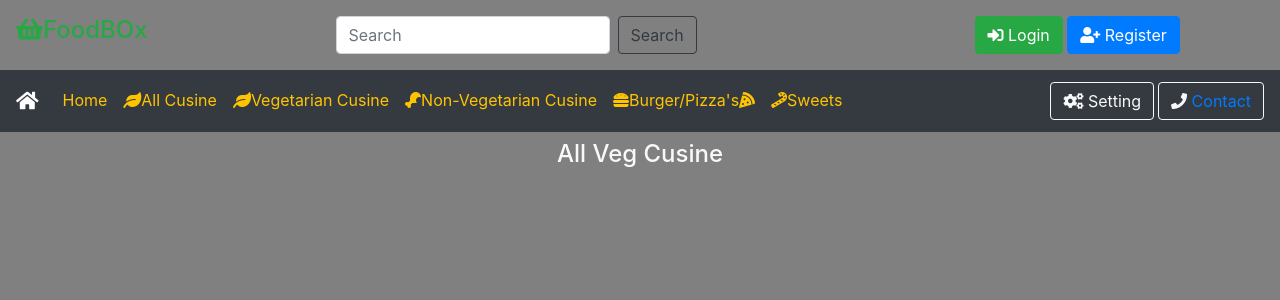
Repository: debjaniprofessional32/Capstone-Final-FoodBox-Delivery-Project
Page: http://localhost/OnlinFoodBOX/search.jsp
The author's editor kept a copy of each file at every save. The page is drawn from the files as they stood at one save, then again after the next save.
The browser window is 1280 px wide. The pictures show the whole page.
Some web libraries are served in a nearby version. The page is served by Tomcat 9. Other server files are loaded and not shown. Queries for data that is not in the repository find no rows.

Above is the page before, as saved 2022-12-25 18:05:42.

### OnlinFoodBOX/src/main/webapp/search.jsp
<%@page import="com.uentity.User"%>
<%@ page language="java" contentType="text/html; charset=ISO-8859-1"
    pageEncoding="ISO-8859-1"%>
    <%@ page import="javax.servlet.*" %>
<%@ page import="javax.servlet.http.*" %>
<%@ page import="java.sql.*" %>
<%@ page  import="com.DB.DBConnect" %>
<%@ page import="com.uDAO.CusineDao" %>
  <%@ page import="com.uDAO.CusineImpDao" %>
  <%@ page import="com.uDAO.CartDao" %>
  <%@ page import="com.uDAO.CartImpDao" %>
   <%@ page import="com.uentity.CusineList" %>
  <%@ page import = "java.io.*" %>
 <%@ page import = "java.util.*"%>
 <%@ taglib prefix="c" uri="http://java.sun.com/jsp/jstl/core" %>
 <%@ page isELIgnored = "false" %>
<!DOCTYPE html>
<html>
<head>
<meta charset="ISO-8859-1">
<title>All Veg Cusine</title>
<%@include file="all_Component/allCss.jsp"%>
<link rel="stylesheet" href="all_Component/style.css">
<style type="text/css">
.crd-ho:hover {
	background-color: #EEFAFA;
}
/* toast */
#toast {
	min-width: 300px;
	position: fixed;
	bottom: 30px;
	left: 50%;
	margin-left: -125px;
	background: #333;
	padding: 10px;
	color: white;
	text-align: center;
	z-index: 1;
	font-size: 18px;
	visibility: hidden;
	box-shadow: 0px 0px 100px #000;
}

#toast.display {
	visibility: visible;
	animation: fadeIn 0.5, fadeOut 0.5s 2.5s;
}

@keyframes fadeIn {from { bottom:0;
	opacity: 0;
}

to {
	bottom: 30px;
	opacity: 1;
}

}
@keyframes fadeOut {form { bottom:30px;
	opacity: 1;
}

to {
	bottom: 0;
	opacity: 0;
}
}

/* toast */

</style>
</head>
<body>
<%
	User u=(User)session.getAttribute("userobj");
	%>
<c:if test="${not empty addCart}">
<div id="toast">${addCart}</div>

<script type="text/javascript">
		showToast();
		function showToast(content)
		{
		    $('#toast').addClass("display");
		    $('#toast').html(content);
		    setTimeout(()=>{
		        $("#toast").removeClass("display");
		    },2000)
		}
</script>

<c:remove var="addCart" scope="session"/>
</c:if>
<%@include file="all_Component/navbar.jsp"%>
<H4 class="text-center text-light p-2">All Veg Cusine</H4>


<div class="container-fluid">
<div class="row">

 <%                String ch1=request.getParameter("ch");
					CusineImpDao dao=new CusineImpDao(DBConnect.getConn());
					List<CusineList> list=dao.getCusinebySearch(ch1);
					for(CusineList c:list){%>

						<div class="cols-md-3 mx-5 px-4 py-4">

						<div class="card ">
							<div class="card-body text-center crd-ho">
								<img src="food/<%=c.getPhotoname() %>" alt=""
									style="width: 150px; height: 200px;" class="img-thumbnail">
								<p>Name:&nbsp;<%=c.getFname() %></p>
								<p>Cusine:&nbsp;<%=c.getDescription() %></P>
								<p>Description:&nbsp;<%=c.getCategory() %></P>
								<div class="row">
								   <% if(u==null){%>
									<a href="login.jsp" class="btn btn-success btn sm ml-1"><i class='fa fa-shopping-cart'></i></a>
								<%}else
								{%>
									<a href="cart?fid=<%=c.getFid() %>&&uid=<%=u.getId() %>" class="btn btn-success btn sm ml-1"><i class='fa fa-shopping-cart'></i></a>

								<%}
									%>

									<a	href="view.jsp?fid=<%=c.getFid()%>" class="btn btn-info btn sm ml-1">View Detail</a>
									<a	href="" class="btn btn-success btn sm ml-1"><i class="fas fa-rupee-sign">&nbsp;<%=c.getFinalprice() %></i></a>
								</div>
								</div>
							</div>
						</div>
						<%
					}

					%>



</div>

</div>





</body>
</html>

### OnlinFoodBOX/src/main/webapp/all_Component/allCss.jsp
<link rel="stylesheet"
	href="https://cdn.jsdelivr.net/npm/bootstrap@4.0.0/dist/css/bootstrap.min.css"
	integrity="sha384-Gn5384xqQ1aoWXA+058RXPxPg6fy4IWvTNh0E263XmFcJlSAwiGgFAW/dAiS6JXm"
	crossorigin="anonymous">
<script src="https://code.jquery.com/jquery-3.2.1.slim.min.js"
	integrity="sha384-KJ3o2DKtIkvYIK3UENzmM7KCkRr/rE9/Qpg6aAZGJwFDMVNA/GpGFF93hXpG5KkN"
	crossorigin="anonymous"></script>
<script
	src="https://cdn.jsdelivr.net/npm/popper.js@1.12.9/dist/umd/popper.min.js"
	integrity="sha384-ApNbgh9B+Y1QKtv3Rn7W3mgPxhU9K/ScQsAP7hUibX39j7fakFPskvXusvfa0b4Q"
	crossorigin="anonymous"></script>
<script
	src="https://cdn.jsdelivr.net/npm/bootstrap@4.0.0/dist/js/bootstrap.min.js"
	integrity="sha384-JZR6Spejh4U02d8jOt6vLEHfe/JQGiRRSQQxSfFWpi1MquVdAyjUar5+76PVCmYl"
	crossorigin="anonymous"></script>
<link rel="stylesheet"
	href="https://cdnjs.cloudflare.com/ajax/libs/font-awesome/5.15.3/css/all.min.css"
	integrity="sha512-iBBXm8fW90+nuLcSKlbmrPcLa0OT92xO1BIsZ+ywDWZCvqsWgccV3gFoRBv0z+8dLJgyAHIhR35VZc2oM/gI1w=="
	crossorigin="anonymous" referrerpolicy="no-referrer" />

### OnlinFoodBOX/src/main/webapp/all_Component/navbar.jsp
 <%@ taglib prefix="c" uri="http://java.sun.com/jsp/jstl/core" %>
 <%@ page isELIgnored = "false" %>
 <style type="text/css">
 .navbar {
     background: #000000
 }

 .nav-item::after {
     content: '';
     display: block;
     width: 0px;
     height: 2px;
     background: #fec400;
     transition: 0.4s
 }

 .nav-item:hover::after {
     width: 100%
 }

 .navbar-dark .navbar-nav .active>.nav-link,
 .navbar-dark .navbar-nav .nav-link.active,
 .navbar-dark .navbar-nav .nav-link.show,
 .navbar-dark .navbar-nav .show>.nav-link,
 .navbar-dark .navbar-nav .nav-link:focus,
 .navbar-dark .navbar-nav .nav-link:hover {
     color: #fec400
 }

 .nav-link {
     padding: 10px 5px;
     transition: 0.2s
 }

 body{
     background-color:grey;
 }
</style>
<div class="container-fluid p-3">
	<div class="row">

		<div class="col-md-3 text-success">

<h4><i class='fa fa-shopping-basket'></i>FoodBOx</h4>
		</div>

		<div class="col-md-6">
			<form class="form-inline my-2 my-lg-0" action ="search.jsp">
				<input class="form-control mr-sm-2" type="search" name="ch" placeholder="Search" aria-label="Search">
				<button class="btn btn-outline-dark my-2 my-sm-0" type="submit">Search</button>
			</form>
		</div>
		<c:if test="${not empty userobj}">
		<div class="col-md-3">
		    <a href="checkout.jsp" class="mt-6"><i class='fas fa-cart-plus fa-2x '></i></a>
			<a href="login.jsp" class="btn btn-success"><i class='fas fa-user-plus'></i>&nbsp;${userobj.name}</a>
			<a href="logout" class="btn btn-primary "><i class='fas fa-sign-in-alt'></i>&nbsp;Logout</a>
		</div>

		</c:if>
		<c:if test="${empty userobj}">
		<div class="col-md-3">
			<a href="login.jsp" class="btn btn-success"><i class='fas fa-sign-in-alt'></i>&nbsp;Login</a>
			<a href="rejister.jsp" class="btn btn-primary "><i class='fas fa-user-plus'></i>&nbsp;Register</a>
		</div>

		</c:if>

	</div>



</div>


<nav class="navbar navbar-expand-lg navbar-dark bg-dark">
  <a class="navbar-brand " href="#"><i class="fas fa-home"></i></a>
  <button class="navbar-toggler" type="button" data-toggle="collapse" data-target="#navbarSupportedContent" aria-controls="navbarSupportedContent" aria-expanded="false" aria-label="Toggle navigation">
    <span class="navbar-toggler-icon"></span>
  </button>

  <div class="collapse navbar-collapse" id="navbarSupportedContent">
    <ul class="navbar-nav mr-auto">
      <li class="nav-item active "><a class="nav-link " href="index.jsp">Home <span class="sr-only">(current)</span></a></li>
      <li class="nav-item active"><a class="nav-link" href="all_veg.jsp"><i class="fa fa-leaf"></i>All Cusine</a></li>
      <li class="nav-item active"><a class="nav-link" href="all_veg1.jsp"><i class="fa fa-leaf"></i>Vegetarian Cusine</a></li>
      <li class="nav-item active"><a class="nav-link " href="all_nonveg.jsp"><i class='fas fa-drumstick-bite'></i>Non-Vegetarian Cusine</a></li>
      <li class="nav-item active"><a class="nav-link " href="all_Bpizza.jsp"><i class='fas fa-hamburger'></i>Burger/Pizza's<i class='fas fa-pizza-slice'></i></a></li>
      <li class="nav-item active"><a class="nav-link " href="all_sweet.jsp"><i class='fas fa-candy-cane'></i>Sweets</a></li>
    </ul>
    <form class="form-inline my-2 my-lg-0">
     <a class="btn btn-outline-light my-2 my-sm-0" href="setting.jsp" class="outline-light"><i class='fa fa-cogs '></i>&nbsp;Setting</a>
      <button class="btn btn-outline-light my-2 my-sm-0 ml-1" type="submit"><i class='fa fa-phone'></i>&nbsp;<a href="helpcenter.jsp">Contact</a></button>
    </form>
  </div>
</nav>

### OnlinFoodBOX/src/main/java/com/uDAO/CusineDao.java
package com.uDAO;

import java.util.List;

import com.uentity.CusineList;

public interface CusineDao {
public boolean addCusine(CusineList cl);
public List<CusineList> getallCusine();
public CusineList getCusineByID(int fid);
 public boolean updateEdit(CusineList c);
 public boolean deleteservlet(int id);
 public List<CusineList> getVegItem();
 public List<CusineList> getNon_VegItem();
 public List<CusineList> getSweetItem();
 public List<CusineList> getBurgerPizza();
 public List<CusineList> getAllVegItem();
 public List<CusineList> getAllNon_VegItem();
 public List<CusineList> getAllSweetItem();
 public List<CusineList> getAllBurgerPizza();
 public List<CusineList> getCusinebySearch(String Ch);
}

### OnlinFoodBOX/src/main/java/com/uDAO/CusineImpDao.java
package com.uDAO;

import java.sql.Connection;
import java.sql.PreparedStatement;
import java.sql.ResultSet;
import java.util.ArrayList;
import java.util.List;

import com.uentity.CusineList;

public class CusineImpDao implements CusineDao{


	private Connection conn;

	public CusineImpDao(Connection conn) {
		super();
		this.conn = conn;
	}


	public boolean addCusine(CusineList cl) {
		boolean f=false;
		try
		{
			String sql="insert into list(name,description,price,category,status,photo,email,discountpercent) values(?,?,?,?,?,?,?,?)";
			PreparedStatement ps=conn.prepareStatement(sql);
			ps.setString(1, cl.getFname());
			ps.setString(2, cl.getDescription());
			ps.setString(3, cl.getPrice());
			ps.setString(4, cl.getCategory());
			ps.setString(5, cl.getStatus());
			ps.setString(6, cl.getPhotoname());
			ps.setString(7, cl.getEmail());
			ps.setString(8, cl.getDiscountpercent());

			int row=ps.executeUpdate();
			if(row==1) {
				f=true;
			}
		}
		catch(Exception e)
		{
			e.printStackTrace();


	}
		return f;
}


	public List<CusineList> getallCusine() {
		List<CusineList> list=new ArrayList<CusineList>();
		CusineList cl1=null;
		try {

			String sql="select * from list";
			PreparedStatement ps=conn.prepareStatement(sql);
			ResultSet rs=ps.executeQuery();
			while(rs.next()) {

				cl1=new CusineList();
				cl1.setFid(rs.getInt(1));
				cl1.setFname(rs.getString(2));
				cl1.setDescription(rs.getString(3));
				cl1.setPrice(rs.getString(4));
				cl1.setCategory(rs.getString(5));
				cl1.setStatus(rs.getString(6));
				cl1.setPhotoname(rs.getString(7));
				cl1.setEmail(rs.getString(8));
				cl1.setDiscountpercent(rs.getString(9));
				cl1.setDiscountamount(rs.getString(10));
			     cl1.setFinalprice(rs.getString(11));//
	                     list.add(cl1);

			}
		}
		catch(Exception e)
		{
			e.printStackTrace();
			}
		return list;
	}



	public CusineList getCusineByID(int fid) {
		CusineList c=null;
		try {
			String sql="select * from list where fid=?";
			PreparedStatement ps=conn.prepareStatement(sql);
			ps.setInt(1,fid);
			ResultSet rs=ps.executeQuery();
			while(rs.next()) {


			c=new CusineList();
			c.setFid(rs.getInt(1));
			c.setFname(rs.getString(2));
			c.setDescription(rs.getString(3));
			c.setPrice(rs.getString(4));
			c.setCategory(rs.getString(5));
			c.setStatus(rs.getString(6));
			c.setPhotoname(rs.getString(7));
			c.setEmail(rs.getString(8));
			c.setDiscountpercent(rs.getString(9));
			c.setDiscountamount(rs.getString(10));
		     c.setFinalprice(rs.getString(11));//
		}}
		catch(Exception e)
		{  e.printStackTrace();}
		return c;
	}



	public boolean updateEdit(CusineList c) {
		boolean f=false;
		try {
			String sql="UPDATE list SET name=?,description=?,price = ?,discountpercent=?,status=?,category=? WHERE fid=? ";
			PreparedStatement ps=conn.prepareStatement(sql);
			ps.setString(1,c.getFname());
			ps.setString(2,c.getDescription());
			ps.setString(3,c.getPrice());
			ps.setString(4, c.getDiscountpercent());
			ps.setString(5,c.getStatus());
			ps.setString(6, c.getCategory());
			ps.setInt(7, c.getFid());

			int row=ps.executeUpdate();
			if(row==1)
			{
				f=true;
				}
		}

		catch(Exception e) {
			e.printStackTrace();
		}
		return f;
	}



	public boolean deleteservlet(int id) {
		boolean f=false;
		try {

			String sql="delete from list where fid=?";
			PreparedStatement ps=conn.prepareStatement(sql);
			ps.setInt(1,id);
			int r=ps.executeUpdate();
			if(r==1) {
				f=true;
			}
		}
		catch(Exception e)
		{

			e.printStackTrace();
		}


		return f;
	}



	public List<CusineList> getVegItem() {
		List<CusineList> list=new ArrayList<CusineList>();
		CusineList c=null;
		try {
			String sql="Select * from list where category=? and status=? order by fid desc";
			PreparedStatement ps=conn.prepareStatement(sql);
			ps.setString(1, "Veg");
			ps.setString(2, "Active");
			ResultSet rs=ps.executeQuery();
			int i=1;
			while(rs.next() && i<=4) {
				c= new CusineList();
				c.setFid(rs.getInt(1));
				c.setFname(rs.getString(2));
				c.setDescription(rs.getString(3));
				c.setPrice(rs.getString(4));
				c.setCategory(rs.getString(5));
				c.setStatus(rs.getString(6));
				c.setPhotoname(rs.getString(7));
				c.setEmail(rs.getString(8));
				c.setDiscountpercent(rs.getString(9));
				c.setDiscountamount(rs.getString(10));
			     c.setFinalprice(rs.getString(11));//
				list.add(c);
				i++;

			}
		}
		catch(Exception e)
		{
			e.printStackTrace();
		}

		return list;
	}



	public List<CusineList> getNon_VegItem() {
		List<CusineList> list=new ArrayList<CusineList>();
		CusineList c=null;
		try {
			String sql="Select * from list where category=? and status=? order by fid desc";
			PreparedStatement ps=conn.prepareStatement(sql);
			ps.setString(1, "Non-Veg");
			ps.setString(2, "Active");
			ResultSet rs=ps.executeQuery();
			int i=1;
			while(rs.next() && i<=4) {
				c= new CusineList();
				c.setFid(rs.getInt(1));
				c.setFname(rs.getString(2));
				c.setDescription(rs.getString(3));
				c.setPrice(rs.getString(4));
				c.setCategory(rs.getString(5));
				c.setStatus(rs.getString(6));
				c.setPhotoname(rs.getString(7));
				c.setEmail(rs.getString(8));
				c.setDiscountpercent(rs.getString(9));
				c.setDiscountamount(rs.getString(10));
			     c.setFinalprice(rs.getString(11));//
				list.add(c);
				i++;

			}
		}
		catch(Exception e)
		{
			e.printStackTrace();
		}

		return list;
	}



	public List<CusineList> getSweetItem() {
		List<CusineList> list=new ArrayList<CusineList>();
		CusineList c=null;
		try {
			String sql="Select * from list where category=? and status=? order by fid desc";
			PreparedStatement ps=conn.prepareStatement(sql);
			ps.setString(1, "Sweet");
			ps.setString(2, "Active");
			ResultSet rs=ps.executeQuery();
			int i=1;
			while(rs.next() && i<=4) {
				c= new CusineList();
				c.setFid(rs.getInt(1));
				c.setFname(rs.getString(2));
				c.setDescription(rs.getString(3));
				c.setPrice(rs.getString(4));
				c.setCategory(rs.getString(5));
				c.setStatus(rs.getString(6));
				c.setPhotoname(rs.getString(7));
				c.setEmail(rs.getString(8));
				c.setDiscountpercent(rs.getString(9));
				c.setDiscountamount(rs.getString(10));
			     c.setFinalprice(rs.getString(11));//
				list.add(c);
				i++;

			}
		}
		catch(Exception e)
		{
			e.printStackTrace();
		}

		return list;
	}



	public List<CusineList> getBurgerPizza() {
		List<CusineList> list=new ArrayList<CusineList>();
		CusineList c=null;
		try {
			String sql="Select * from list where category=? and status=? order by fid desc";
			PreparedStatement ps=conn.prepareStatement(sql);
			ps.setString(1, "Burgur/pizza");
			ps.setString(2, "Active");
			ResultSet rs=ps.executeQuery();
			int i=1;
			while(rs.next() && i<=4) {
				c= new CusineList();
				c.setFid(rs.getInt(1));
				c.setFname(rs.getString(2));
				c.setDescription(rs.getString(3));
				c.setPrice(rs.getString(4));
				c.setCategory(rs.getString(5));
				c.setStatus(rs.getString(6));
				c.setPhotoname(rs.getString(7));
				c.setEmail(rs.getString(8));
				c.setDiscountpercent(rs.getString(9));//
				c.setDiscountamount(rs.getString(10));
			     c.setFinalprice(rs.getString(11));//
				list.add(c);
				i++;

			}
		}
		catch(Exception e)
		{
			e.printStackTrace();
		}

		return list;
	}



	public List<CusineList> getAllVegItem() {
		List<CusineList> list=new ArrayList<CusineList>();
		CusineList c=null;
		try {
			String sql="Select * from list where category=? and status=? order by fid desc";
			PreparedStatement ps=conn.prepareStatement(sql);
			ps.setString(1, "Veg");
			ps.setString(2, "Active");
			ResultSet rs=ps.executeQuery();

			while(rs.next()) {
				c= new CusineList();
				c.setFid(rs.getInt(1));
				c.setFname(rs.getString(2));
				c.setDescription(rs.getString(3));
				c.setPrice(rs.getString(4));
				c.setCategory(rs.getString(5));
				c.setStatus(rs.getString(6));
				c.setPhotoname(rs.getString(7));
				c.setEmail(rs.getString(8));
				c.setDiscountpercent(rs.getString(9));
				c.setDiscountamount(rs.getString(10));
			     c.setFinalprice(rs.getString(11));
				list.add(c);


			}
		}
		catch(Exception e)
		{
			e.printStackTrace();
		}

		return list;
	}



	public List<CusineList> getAllNon_VegItem() {
		List<CusineList> list=new ArrayList<CusineList>();
		CusineList c=null;
		try {
			String sql="Select * from list where category=? and status=? order by fid desc";
			PreparedStatement ps=conn.prepareStatement(sql);
			ps.setString(1, "Non-Veg");
			ps.setString(2, "Active");
			ResultSet rs=ps.executeQuery();

			while(rs.next()) {
				c= new CusineList();
				c.setFid(rs.getInt(1));
				c.setFname(rs.getString(2));
				c.setDescription(rs.getString(3));
				c.setPrice(rs.getString(4));
				c.setCategory(rs.getString(5));
				c.setStatus(rs.getString(6));
				c.setPhotoname(rs.getString(7));
				c.setEmail(rs.getString(8));
				c.setDiscountpercent(rs.getString(9));
				c.setDiscountamount(rs.getString(10));
			     c.setFinalprice(rs.getString(11));
				list.add(c);


			}
		}
		catch(Exception e)
		{
			e.printStackTrace();
		}

		return list;
	}



	public List<CusineList> getAllSweetItem() {
		List<CusineList> list=new ArrayList<CusineList>();
		CusineList c=null;
		try {
			String sql="Select * from list where category=? and status=? order by fid desc";
			PreparedStatement ps=conn.prepareStatement(sql);
			ps.setString(1, "Sweet");
			ps.setString(2, "Active");
			ResultSet rs=ps.executeQuery();

			while(rs.next()) {
				c= new CusineList();
				c.setFid(rs.getInt(1));
				c.setFname(rs.getString(2));
				c.setDescription(rs.getString(3));
				c.setPrice(rs.getString(4));
				c.setCategory(rs.getString(5));
				c.setStatus(rs.getString(6));
				c.setPhotoname(rs.getString(7));
				c.setEmail(rs.getString(8));
				c.setDiscountpercent(rs.getString(9));//
				c.setDiscountamount(rs.getString(10));
			     c.setFinalprice(rs.getString(11));//
				list.add(c);


			}
		}
		catch(Exception e)
		{
			e.printStackTrace();
		}

		return list;
	}



	public List<CusineList> getAllBurgerPizza() {
		List<CusineList> list=new ArrayList<CusineList>();
		CusineList c=null;
		try {
			String sql="Select * from list where category=? and status=? order by fid desc";
			PreparedStatement ps=conn.prepareStatement(sql);
			ps.setString(1, "Burgur/pizza");
			ps.setString(2, "Active");
			ResultSet rs=ps.executeQuery();

			while(rs.next()) {
				c= new CusineList();
				c.setFid(rs.getInt(1));
				c.setFname(rs.getString(2));
				c.setDescription(rs.getString(3));
				c.setPrice(rs.getString(4));
				c.setCategory(rs.getString(5));
				c.setStatus(rs.getString(6));
				c.setPhotoname(rs.getString(7));
				c.setEmail(rs.getString(8));
				c.setDiscountpercent(rs.getString(9));//
				c.setDiscountamount(rs.getString(10));
			    c.setFinalprice(rs.getString(11));//
				list.add(c);


			}
		}
		catch(Exception e)
		{
			e.printStackTrace();
		}

		return list;
	}


	@Override
	public List<CusineList> getCusinebySearch(String Ch) {
		List<CusineList> list= new ArrayList<CusineList>();
		CusineList c=null;
		try {
		String sql="select * from list where name like ? or description like ? or category like ? and status=?";
		PreparedStatement ps=conn.prepareStatement(sql);
		ps.setString(1,"%"+ Ch+"%");
		ps.setString(2,"%"+ Ch+"%");
		ps.setString(3,"%"+ Ch+"%");
		ps.setString(4,"Active");
		ResultSet rs=ps.executeQuery();

		while(rs.next()) {
			c= new CusineList();
			c.setFid(rs.getInt(1));
			c.setFname(rs.getString(2));
			c.setDescription(rs.getString(3));
			c.setPrice(rs.getString(4));
			c.setCategory(rs.getString(5));
			c.setStatus(rs.getString(6));
			c.setPhotoname(rs.getString(7));
			c.setEmail(rs.getString(8));
			c.setDiscountpercent(rs.getString(9));//
			c.setDiscountamount(rs.getString(10));
		    c.setFinalprice(rs.getString(11));
		    list.add(c);
		}
		}
		catch(Exception e)
		{
			e.printStackTrace();

		}

		return list;
	}








}

### OnlinFoodBOX/src/main/java/com/DB/DBConnect.java
package com.DB;

import java.sql.Connection;
import java.sql.DriverManager;

public class DBConnect {
	private static Connection conn;
	public static Connection getConn() {

		try {

			Class.forName("com.mysql.cj.jdbc.Driver");
			conn=DriverManager.getConnection("jdbc:mysql://localhost:3306/ofshop", "root", "1234");
		}
		catch(Exception e) {
			e.printStackTrace();
		}


		return conn;

	}
}

### OnlinFoodBOX/src/main/webapp/all_Component/style.css
 .navbar-nav active .nav-link:hover {

    background-color:#b2ff59;
    text-color:#000000;
    border-radius:10px;
}
.navbar-item:hover {


    text-color:#000000;

}

.carousel {
  width:auto;
  height:400px;
}

After the next save:
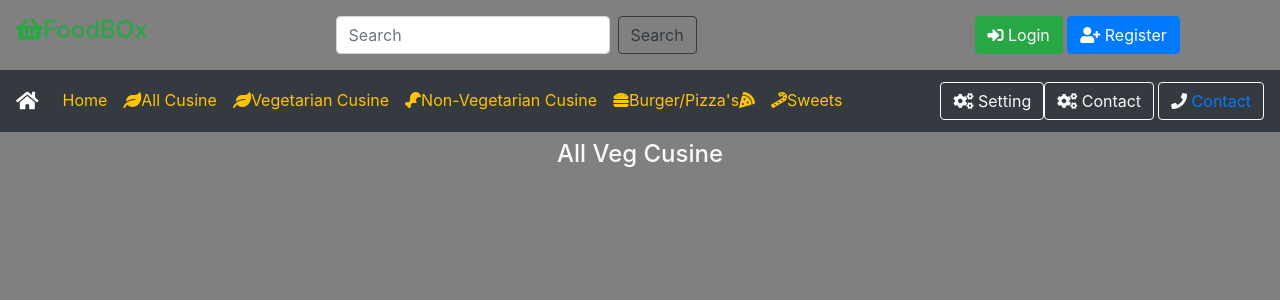
Saved 40 s later.
--- a/OnlinFoodBOX/src/main/webapp/all_Component/navbar.jsp
+++ b/OnlinFoodBOX/src/main/webapp/all_Component/navbar.jsp
@@ -90,6 +90,7 @@
     </ul>
     <form class="form-inline my-2 my-lg-0">
      <a class="btn btn-outline-light my-2 my-sm-0" href="setting.jsp" class="outline-light"><i class='fa fa-cogs '></i>&nbsp;Setting</a>
+      <a class="btn btn-outline-light my-2 my-sm-0" href="helpcenter.jsp" class="outline-light"><i class='fa fa-cogs '></i>&nbsp;Contact</a>
       <button class="btn btn-outline-light my-2 my-sm-0 ml-1" type="submit"><i class='fa fa-phone'></i>&nbsp;<a href="helpcenter.jsp">Contact</a></button>
     </form>
   </div>
